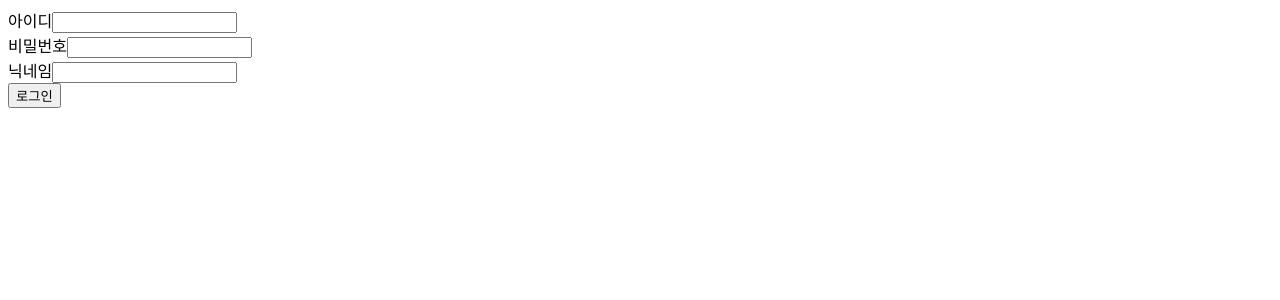
Repository: Yingjae/jsp_practice
Page: http://localhost/JSPBasic/JspObject/5.session/session_login.jsp
An editor plug-in stored every save of this project. The page is shown before and after the next save, followed by the edit.
The browser window is 1280 px wide. The pictures show the whole page.
The page is served by Tomcat 9.

Above is the page before, as saved 2022-02-08 02:42:04.

### JSPBasic/src/main/webapp/JspObject/5.session/session_login.jsp
<%@ page language="java" contentType="text/html; charset=UTF-8"
    pageEncoding="UTF-8"%>
<%
	session.setAttribute("session_id", "kkk1234");
	session.setAttribute("session_pw", "1111");
	session.setAttribute("session_nick", "잉재");
%>
<!DOCTYPE html>
<html>
<head>
<meta charset="UTF-8">
<title>Insert title here</title>
</head>
<body>
	<form action="session_login_check.jsp" method="post">
		아이디<input type="text" name="id"><br/>
		비밀번호<input type="password" name="pw"><br/>
		닉네임<input type="text" name="nickname"><br/>
		<input type="submit" value="로그인">
	</form>
</body>
</html>

After the next save:
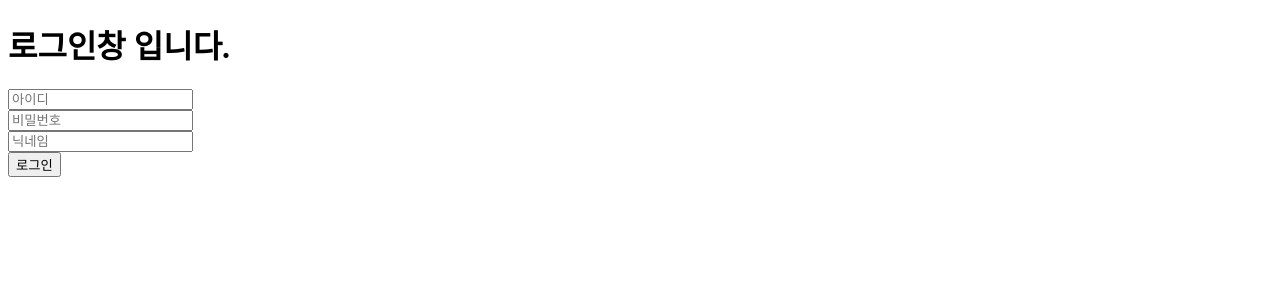
Saved 29 min 21 s later.
--- a/JSPBasic/src/main/webapp/JspObject/5.session/session_login.jsp
+++ b/JSPBasic/src/main/webapp/JspObject/5.session/session_login.jsp
@@ -1,10 +1,5 @@
 <%@ page language="java" contentType="text/html; charset=UTF-8"
     pageEncoding="UTF-8"%>
-<%
-	session.setAttribute("session_id", "kkk1234");
-	session.setAttribute("session_pw", "1111");
-	session.setAttribute("session_nick", "잉재");
-%>
 <!DOCTYPE html>
 <html>
 <head>
@@ -12,10 +7,11 @@
 <title>Insert title here</title>
 </head>
 <body>
+	<h1>로그인창 입니다.</h1>
 	<form action="session_login_check.jsp" method="post">
-		아이디<input type="text" name="id"><br/>
-		비밀번호<input type="password" name="pw"><br/>
-		닉네임<input type="text" name="nickname"><br/>
+		<input type="text" name="id" placeholder="아이디" /><br/>
+		<input type="password" name="pw" placeholder="비밀번호" /><br/>
+		<input type="text" name="nickname" placeholder="닉네임" /><br/>
 		<input type="submit" value="로그인">
 	</form>
 </body>
